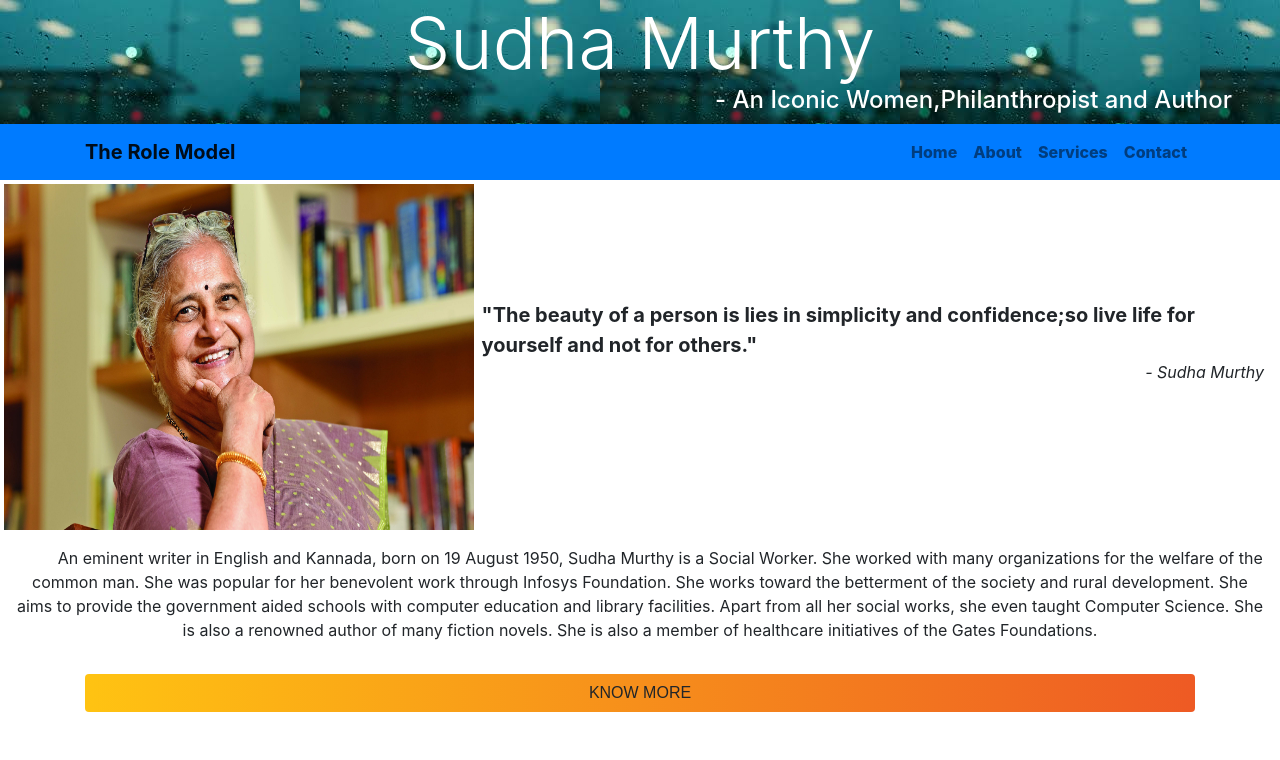
Repository: sumanthr18/RoleModel
Page: index.html
The author's editor kept a copy of each file at every save. The page is drawn from the files as they stood at one save, then again after the next save.
The browser window is 1280 px wide. The pictures show the whole page.

Above is the page before, as saved 2020-03-14 19:21:30.

After the next save:
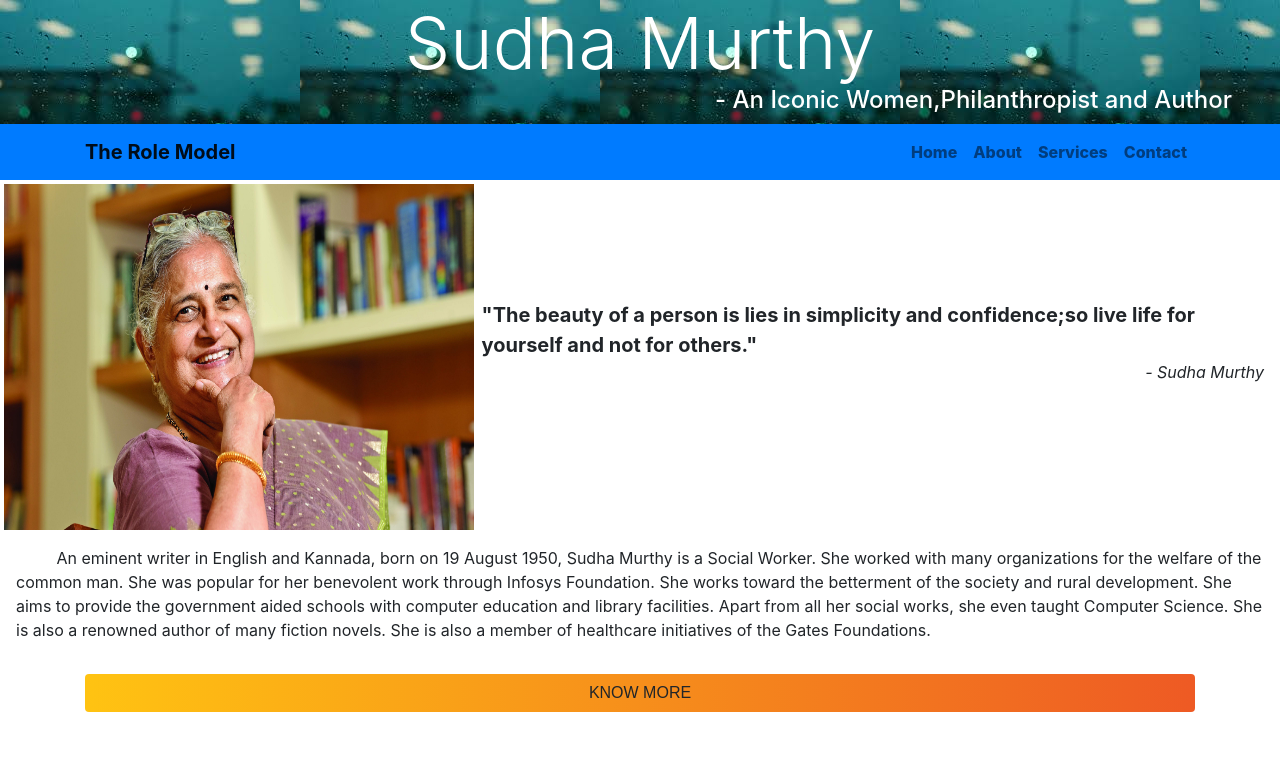
Saved 18 s later.
--- a/index.html
+++ b/index.html
@@ -51,7 +51,7 @@
 </div>
 
 <div>
-    <p class="text-justify text-sm-center p-3">&nbsp;&nbsp;&nbsp;&nbsp;&nbsp;&nbsp;&nbsp;&nbsp; An eminent writer in English and Kannada, born on 19 August 1950, Sudha Murthy is a Social Worker. She worked with many organizations for the welfare of the common man. She was popular for her benevolent work through Infosys Foundation.
+    <p class="text-justify text-sm-left p-3">&nbsp;&nbsp;&nbsp;&nbsp;&nbsp;&nbsp;&nbsp;&nbsp; An eminent writer in English and Kannada, born on 19 August 1950, Sudha Murthy is a Social Worker. She worked with many organizations for the welfare of the common man. She was popular for her benevolent work through Infosys Foundation.
         She works toward the betterment of the society and rural development. She aims to provide the government aided schools with computer education and library facilities. Apart from all her social works, she even taught Computer Science. She is also a renowned author of many fiction novels. She is also a member of healthcare initiatives of the Gates Foundations.
     </p>
 </div>
